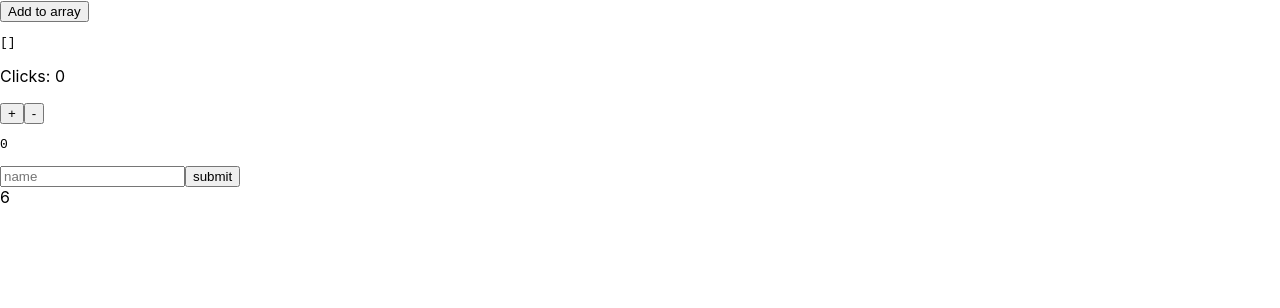
Repository: OmniaRafat232111121/Hookstypescript
Page: /
An editor plug-in stored every save of this project. The page is shown before and after a run of saves, followed by the edit.
The browser window is 1280 px wide. The pictures show the whole page.
The project was rebuilt for these pictures with package versions that can differ from the ones it lists, and the page was loaded fresh each time.

Above is the page before, as saved 2022-09-19 01:12:42.

After the next 26 saves:
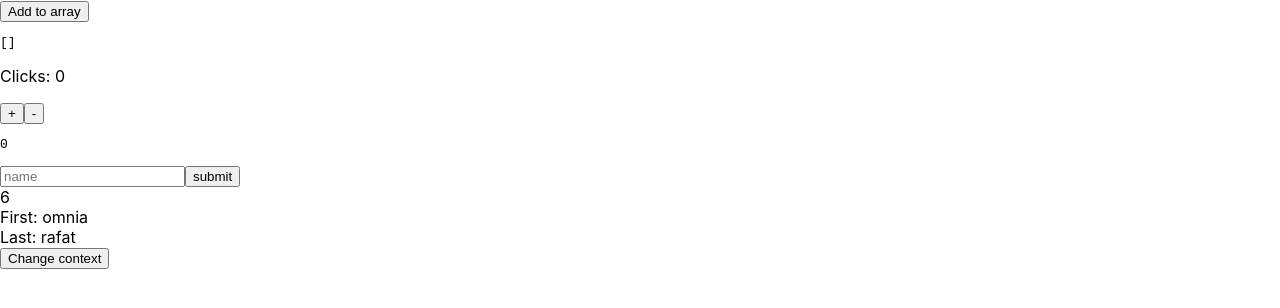
The 26 saves are shown as one change because 3 did not build or start and some came seconds apart.
The last was saved 78 s later.
--- a/src/App.tsx
+++ b/src/App.tsx
@@ -1,3 +1,4 @@
+import UseContextComponent from "./components/UseContextComponent";
 import UseEffectComponent from "./components/UseEffectComponent";
 import UseStateComponent from"./components/UseStateComponent"
 function App() {
@@ -5,7 +6,7 @@ function App() {
     <div>
      <UseStateComponent/>
      <UseEffectComponent/>
-
+      <UseContextComponent/>
     </div>
   );
 }
--- a/src/components/UseContextComponent.tsx
+++ b/src/components/UseContextComponent.tsx
@@ -31,3 +31,4 @@ function UseContextComponent(){
     </UserContext.Provider>
     );
 }
+export default UseContextComponent;
